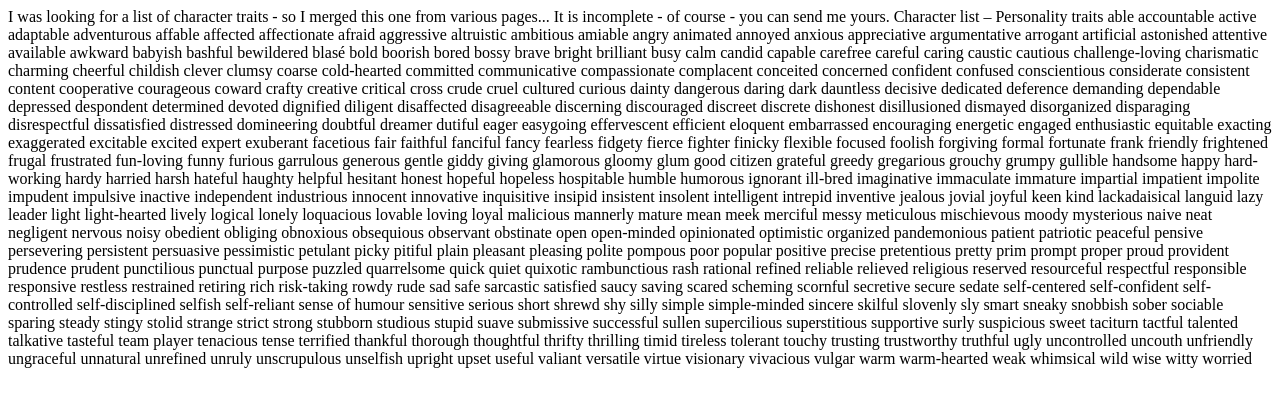
Repository: TheOtherRealm/personal-interests-json
Page: data/somemoreunorganized.html
These files come from the project's save history. The page is drawn as it stood at one moment and after the next save; the edit follows.
The browser window is 1280 px wide. The pictures show the whole page.

Above is the page before, as saved 2020-04-02 18:24:41.

After the next save:
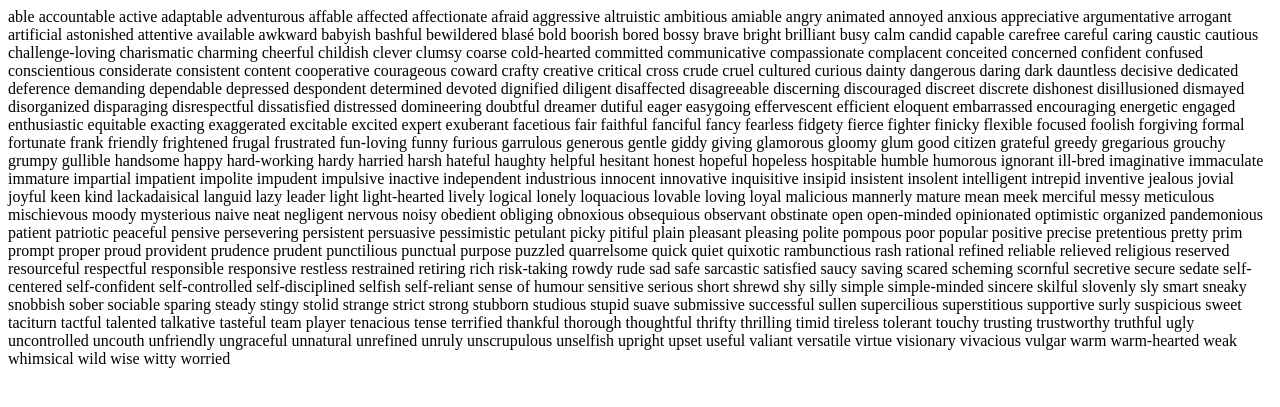
Saved 60 s later.
--- a/data/somemoreunorganized.html
+++ b/data/somemoreunorganized.html
@@ -1,7 +1,3 @@
-
-I was looking for a list of character traits - so I merged this one from various pages...
-It is incomplete - of course - you can send me yours.
-Character list – Personality traits
 
 able
 
